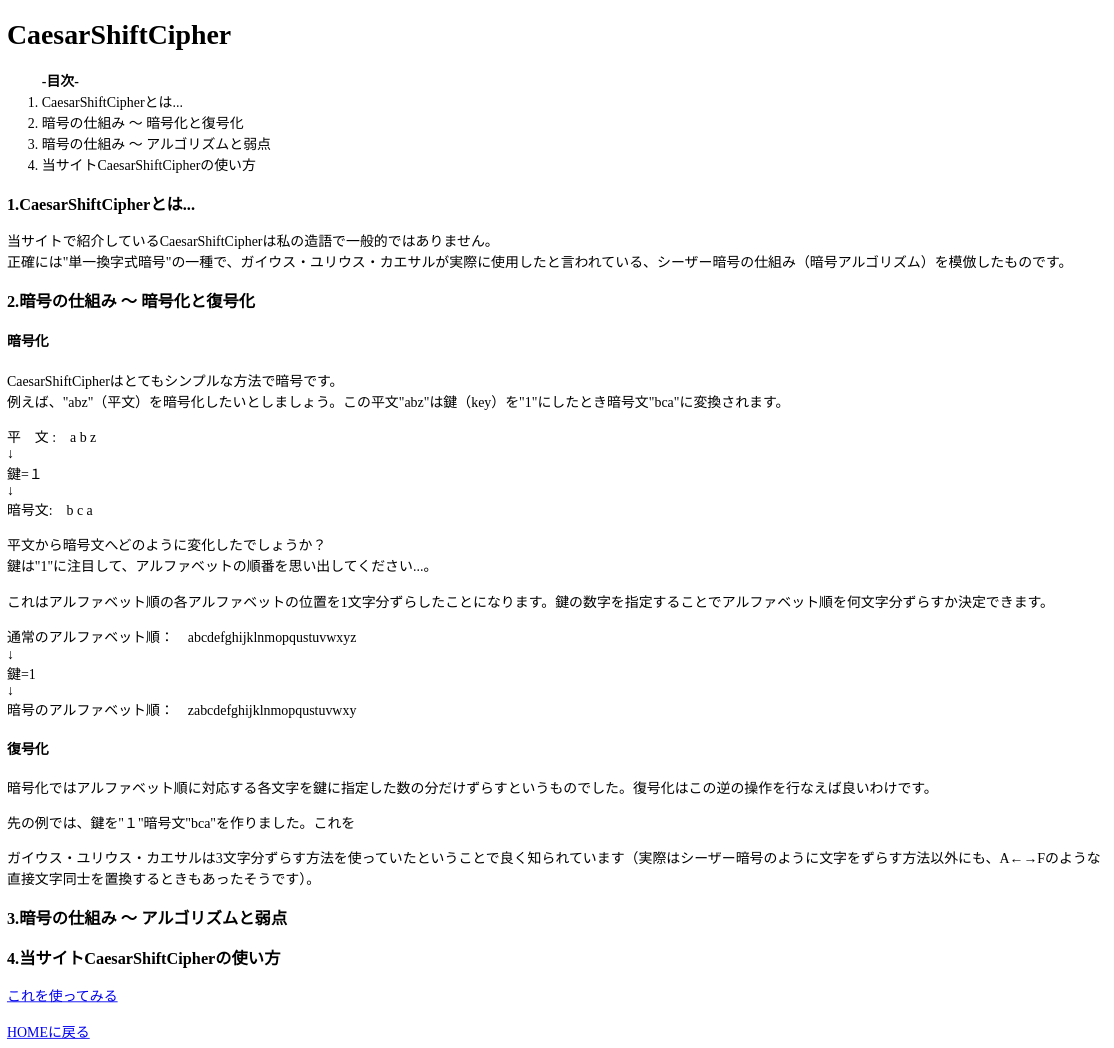
Repository: RantaWatari/TEST
Page: http://localhost/CipherProject/CipherMore?page=1
An editor plug-in stored every save of this project. The page is shown before and after the next save, followed by the edit.
The browser window is 1280 px wide. The pictures show the whole page, at 87% of full size.
The page is served by Tomcat 9.

Above is the page before, as saved 2017-07-25 02:40:54.

### CipherProject/WebContent/WEB-INF/jsp/CaesarShiftCipher.jsp
<%@ page language="java" contentType="text/html; charset=UTF-8"
    pageEncoding="UTF-8"%>
<!DOCTYPE html PUBLIC "-//W3C//DTD HTML 4.01 Transitional//EN" "http://www.w3.org/TR/html4/loose.dtd">
<html>
<head>
<meta http-equiv="Content-Type" content="text/html; charset=UTF-8">
<title>CaesarShiftCipher-Page</title>
</head>
<body>

<h1>CaesarShiftCipher</h1>
	<ol>
	<strong>-目次-</strong>
	<li>CaesarShiftCipherとは...</li>
	<li>暗号の仕組み ～ 暗号化と復号化</li>
	<li>暗号の仕組み ～ アルゴリズムと弱点</li>
	<li>当サイトCaesarShiftCipherの使い方</li>
	</ol>
<h3>1.CaesarShiftCipherとは...</h3>
	<p>当サイトで紹介しているCaesarShiftCipherは私の造語で一般的ではありません。<br>
	正確には"単一換字式暗号"の一種で、ガイウス・ユリウス・カエサルが実際に使用したと言われている、シーザー暗号の仕組み（暗号アルゴリズム）を模倣したものです。</p>
<h3>2.暗号の仕組み ～ 暗号化と復号化</h3>
	<h4>暗号化</h4>
		<p>CaesarShiftCipherはとてもシンプルな方法で暗号です。<br>例えば、"abz"（平文）を暗号化したいとしましょう。この平文"abz"は鍵（key）を"1"にしたとき暗号文"bca"に変換されます。</p>
		<p>平　文 :　a b z<br>↓<br>鍵=１<br>↓<br>暗号文:　b c a</p>
		<p>平文から暗号文へどのように変化したでしょうか？<br>鍵は"1"に注目して、アルファベットの順番を思い出してください...。<br><br>これはアルファベット順の各アルファベットの位置を1文字分ずらしたことになります。鍵の数字を指定することでアルファベット順を何文字分ずらすか決定できます。</p>
		<p>通常のアルファベット順：　abcdefghijklnmopqustuvwxyz<br>↓<br>鍵=1<br>↓<br>暗号のアルファベット順：　zabcdefghijklnmopqustuvwxy</p>
	<h4>復号化</h4>
		<p>暗号化ではアルファベット順に対応する各文字を鍵に指定した数の分だけずらすというものでした。復号化はこの逆の操作を行なえば良いわけです。</p>
		<p>先の例では、鍵を"１"暗号文"bca"を作りました。これを</p>
		<p>ガイウス・ユリウス・カエサルは3文字分ずらす方法を使っていたということで良く知られています（実際はシーザー暗号のように文字をずらす方法以外にも、A←→Fのような直接文字同士を置換するときもあったそうです）。</p>
<h3>3.暗号の仕組み ～ アルゴリズムと弱点</h3>
	<p></p>
<h3>4.当サイトCaesarShiftCipherの使い方</h3>
	<p></p>
<a href="http://localhost/CaesarShiftCipher/CaesarShiftCipher">これを使ってみる</a><br><br>
<a href="/CipherProject/">HOMEに戻る</a>

</body>
</html>

### CipherProject/src/servlet/Cipher.java
package servlet;

import java.io.IOException;

import javax.servlet.RequestDispatcher;
import javax.servlet.ServletException;
import javax.servlet.annotation.WebServlet;
import javax.servlet.http.HttpServlet;
import javax.servlet.http.HttpServletRequest;
import javax.servlet.http.HttpServletResponse;

@WebServlet("/CipherMore")
public class Cipher extends HttpServlet {
	private static final long serialVersionUID = 1L;

	protected void doGet(HttpServletRequest request, HttpServletResponse response) throws ServletException, IOException {

		String page =  request.getParameter("page");
		int pageNum = Integer.parseInt(page);

		if(pageNum == 0){

		}else if(pageNum == 1){
			RequestDispatcher dispatcher = request.getRequestDispatcher("/WEB-INF/jsp/CaesarShiftCipher.jsp");
			dispatcher.forward(request, response);
		}else if(pageNum == 2){
			RequestDispatcher dispatcher = request.getRequestDispatcher("/WEB-INF/jsp/VigenereCipher.jsp");
			dispatcher.forward(request, response);
		}else if(pageNum == 3){
			RequestDispatcher dispatcher = request.getRequestDispatcher("/WEB-INF/jsp/Enigma.jsp");
			dispatcher.forward(request, response);
		}else if(pageNum == 777){
			RequestDispatcher dispatcher = request.getRequestDispatcher("/WEB-INF/jsp/Unicode.jsp");
			dispatcher.forward(request, response);
		}

	}

}

After the next save:
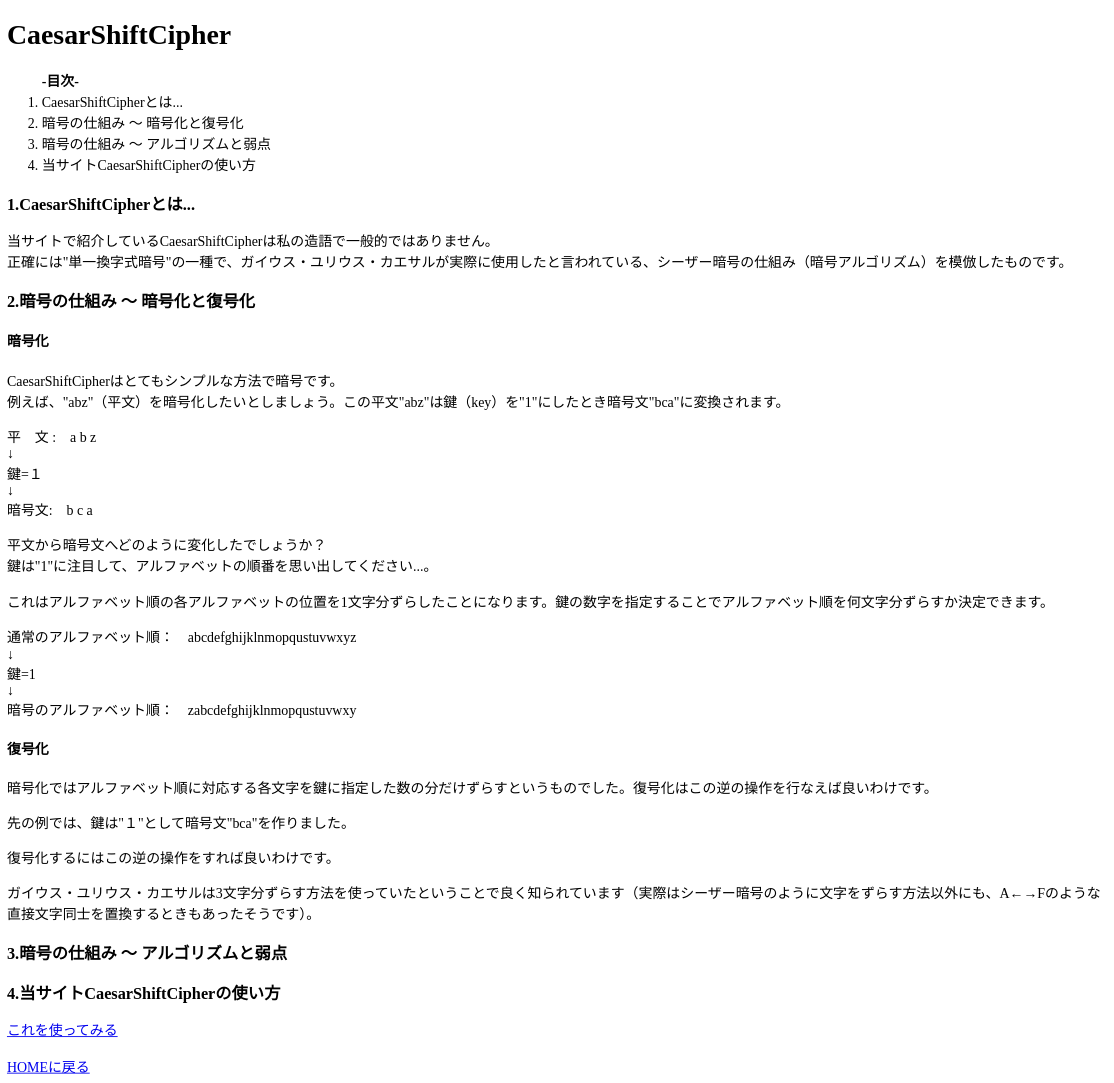
Saved 3 min 46 s later.
--- a/CipherProject/WebContent/WEB-INF/jsp/CaesarShiftCipher.jsp
+++ b/CipherProject/WebContent/WEB-INF/jsp/CaesarShiftCipher.jsp
@@ -27,7 +27,8 @@
 		<p>通常のアルファベット順：　abcdefghijklnmopqustuvwxyz<br>↓<br>鍵=1<br>↓<br>暗号のアルファベット順：　zabcdefghijklnmopqustuvwxy</p>
 	<h4>復号化</h4>
 		<p>暗号化ではアルファベット順に対応する各文字を鍵に指定した数の分だけずらすというものでした。復号化はこの逆の操作を行なえば良いわけです。</p>
-		<p>先の例では、鍵を"１"暗号文"bca"を作りました。これを</p>
+		<p>先の例では、鍵は"１"として暗号文"bca"を作りました。</p>
+		<p>復号化するにはこの逆の操作をすれば良いわけです。</p>
 		<p>ガイウス・ユリウス・カエサルは3文字分ずらす方法を使っていたということで良く知られています（実際はシーザー暗号のように文字をずらす方法以外にも、A←→Fのような直接文字同士を置換するときもあったそうです）。</p>
 <h3>3.暗号の仕組み ～ アルゴリズムと弱点</h3>
 	<p></p>
